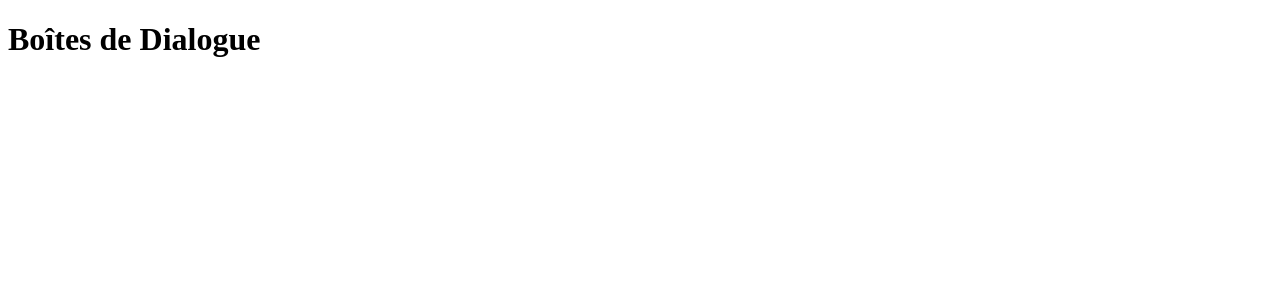
Repository: Dispasim/API2
Page: http://localhost/
The author's editor kept a copy of each file at every save. The page is drawn from the files as they stood at one save, then again after the next save.
The browser window is 1280 px wide. The pictures show the whole page.
The page is served by the project's application, run on Django 4.2 (manage.py). Other server files are loaded and not shown.

Above is the page before, as saved 2023-11-09 22:42:47.

### templates/projet/index.html
<!DOCTYPE html>
<html>
<head>
    <title>Boîtes de Dialogue</title>
</head>
<body>
    <h1>Boîtes de Dialogue</h1>
    {% for boite in boites %}
        <div>
            <p>{{ boite.contenu }}</p>
            <p>Transformation appliquée : {{ boite.appliquer_transformation }}</p>
        </div>
    {% endfor %}
</body>
</html>

### core/urls.py

from django.contrib import admin
from django.urls import path, include

urlpatterns = [
    path('admin/', admin.site.urls),
    path('',include('projet.urls', namespace='projet')),
    path('api/',include('projet_api.urls', namespace='projet_api'))
]

### projet/urls.py
from django.urls import path
from django.views.generic import TemplateView

app_name = 'projet'

urlpatterns = [
    path('',TemplateView.as_view(template_name="projet/index.html")),
]

### projet_api/urls.py
from django.urls import path
from .views import OrderList, OrderDetail

app_name = 'projet_api'

urlpatterns = [
    path('<int:pk>/',OrderDetail.as_view(),name='detailcreate'),
    path('',OrderList.as_view(), name='listcreate')
]

After the next save:
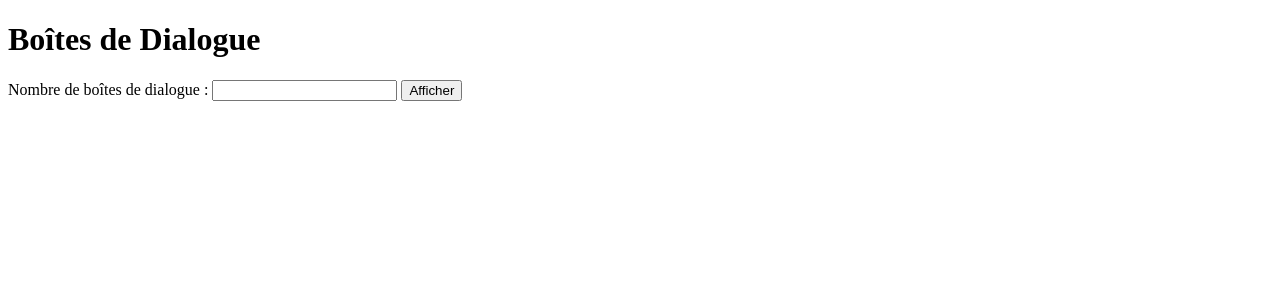
Saved 5 s later.
--- a/templates/projet/index.html
+++ b/templates/projet/index.html
@@ -5,6 +5,13 @@
 </head>
 <body>
     <h1>Boîtes de Dialogue</h1>
+
+    <form method="get">
+        <label for="nombre_boites">Nombre de boîtes de dialogue :</label>
+        <input type="number" id="nombre_boites" name="nombre_boites" value="{{ nombre_boites }}">
+        <input type="submit" value="Afficher">
+    </form>
+
     {% for boite in boites %}
         <div>
             <p>{{ boite.contenu }}</p>
